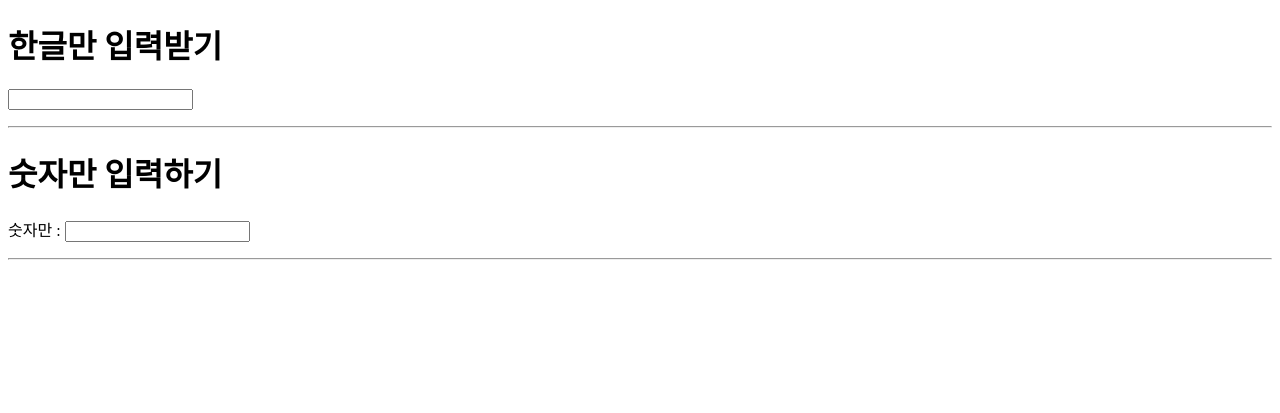
Repository: shbaksa/study
Page: http://localhost/mw_0621/javascript/keypress2.jsp
An editor plug-in stored every save of this project. The page is shown before and after the next save, followed by the edit.
The browser window is 1280 px wide. The pictures show the whole page.
The page is served by Tomcat 9.

Above is the page before, as saved 2022-06-21 06:23:49.

After the next save:
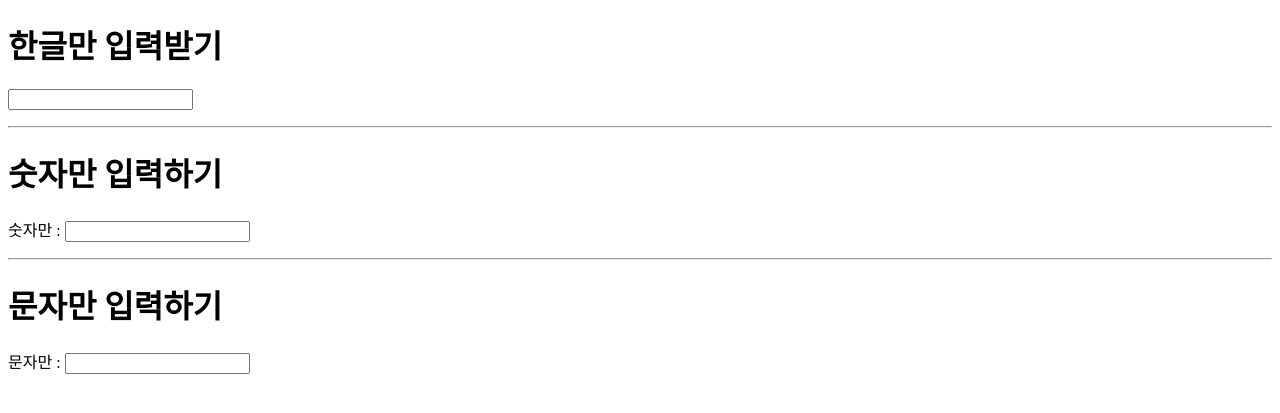
Saved 35 s later.
--- a/mw_0621/src/main/webapp/javascript/keypress2.jsp
+++ b/mw_0621/src/main/webapp/javascript/keypress2.jsp
@@ -32,6 +32,9 @@
 	<h1>숫자만 입력하기</h1>
 	숫자만 : <input type="text" onkeyup="check1(this)"> <p>
 	<hr>
+	<!-- 문자만 입력하기 -->
+	<h1>문자만 입력하기</h1>
+	문자만 : <input type="text" onkeyup="check2(this)">
 
 </body>
 </html>
